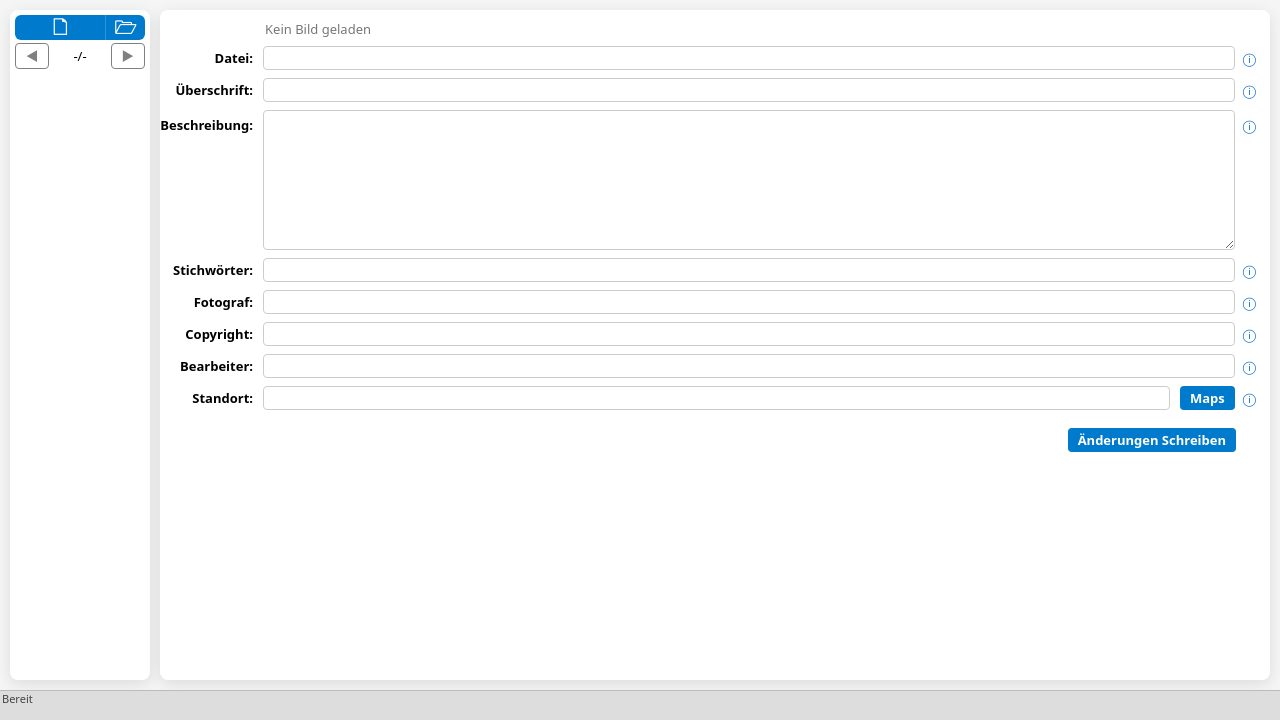
Repository: h-fahle/metadata
Page: ui/index.html
An editor plug-in stored every save of this project. The page is shown before and after the next save, followed by the edit.
The browser window is 1280 px wide. The pictures show the whole page.

Above is the page before, as saved 2026-08-24 13:04:39.
Console error: TypeError: Cannot read properties of undefined (reading 'core')

### ui/index.html
<!DOCTYPE html>
<html lang="de">

<head>
	<meta charset="UTF-8">
	<title>Tauri ExifTool Test</title>
	<script src="script.js" defer></script>
	<link rel="stylesheet" href="style.css">
</head>

<body>

	<main id="main-container">

		<!-- Das Vorschaubild links -->
		<aside id="sidebar">

			<!-- <button id="file-open" onclick="waehleUndLadeBilder()">Datei öffnen</button> -->
			<div class="split-button-container">
				<!-- isFolder = false, selectMultiple = true -->
				<button class="open-files" onclick="waehleUndLadeBilder(false, true)">&#x1F5CB;</button>
				<!-- isFolder = true, selectMultiple = false -->
				<button class="open-folder" onclick="waehleUndLadeBilder(true, false)">&#x1F5C1;</button>
			</div>

			<div id="nav">
				<button class="blaettern" onclick="blaettern(-1)">◄</button>
				<span id="img-nummer">-/-</span>
				<button class="blaettern" onclick="blaettern(1)">►</button>
			</div>

			<img id="vorschau-bild" src="" style="display:none;" />
			<div id="bild-info" style="text-align:center;">
				<span id="img-datum"></span><br>
				<span id="img-groesse"></span>
			</div>
		</aside>

		<!-- Das Formular rechts -->
		<section id="form-container">

			<div id="ordner-pfad">Kein Bild geladen</div>

			<div class="form-row">
				<label for="filename">Datei:</label>
				<input type="text" id="filename" name="filename" style="font-weight:bold;"/>
				<div class="tooltip-container">
					<span class="info-icon">ⓘ</span>
					<div id="file-tt-box" class="tooltip-box">Im Einzelmodus: Änderung des Dateinamens bewirkt Umbenennung der Datei.
						Im Stapelmodus: Ordnername is nicht änderbar.!
					</div>
				</div>
			</div>

			<div class="form-row">
				<label for="caption">Überschrift:</label>
				<input type="text" id="caption" name="caption" />
				<div class="tooltip-container">
					<span class="info-icon">ⓘ</span>
					<div class="tooltip-box">Auch: (Dokument-)Titel, Schlagzeile, Headline
					</div>
				</div>
			</div>

			<div class="form-row form-row-top">
				<label for="description">Beschreibung:</label>
				<textarea id="description" name="description"></textarea>
				<div class="tooltip-container">
					<span class="info-icon">ⓘ</span>
					<div class="tooltip-box">Beschreibender Text in beliebiger Länge.
						(Im Stapelmodus wird der eingegebene Text
						&nbsp;&nbsp; an vorhandenen angehängt.)
						Hinweis: Einige Programme zeigen nur 2.000 Zeichen
						&nbsp;&nbsp; oder auch weniger an.
					</div>
				</div>
			</div>

			<div class="form-row">
				<label for="keywords">Stichwörter:</label>
				<input type="text" id="keywords" name="keywords" />
				<div class="tooltip-container">
					<span class="info-icon">ⓘ</span>
					<div class="tooltip-box">Komma-separierte Liste. Groß-/Kleinschreibung beachten.
						Im Stapelmodus werden die eingegebenen Stichwörter
						&nbsp;&nbsp; an vorhandene angehängt.
					</div>
				</div>
			</div>

			<div class="form-row">
				<label for="creator">Fotograf:</label>
				<input type="text" id="creator" name="creator" />
				<div class="tooltip-container">
					<span class="info-icon">ⓘ</span>
					<div class="tooltip-box">Urheber, Ersteller, Autor
						(Tags: Artitst, Creator, By-line)
					</div>
				</div>
			</div>

			<div class="form-row">
				<label for="copyright">Copyright:</label>
				<input type="text" id="copyright" name="copyright" />
				<div class="tooltip-container">
					<span class="info-icon">ⓘ</span>
					<div class="tooltip-box">Urheberrechtshinweis; enthält in der Regel:
						Name des Fotografen, Aufnahmejahr und Nutzungsrechte;
						(z.B. 'Copyright [1975] [Mustermann], Alle Rechte vorbehalten')
					</div>
				</div>
			</div>

			<div class="form-row">
				<label for="editor">Bearbeiter:</label>
				<input type="text" id="editor" name="editor" />
				<div class="tooltip-container">
					<span class="info-icon">ⓘ</span>
					<div class="tooltip-box">Verfasser der Metadaten
						(Tags: Caption Writer, Writer Editor)
					</div>
				</div>
			</div>

			<div class="form-row">
				<label for="position">Standort:</label>
				<input type="text" id="position" name="position" />
				<button type="button" onclick="zeigeMaps(event)">Maps</button>
				<div class="tooltip-container">
					<span class="info-icon">ⓘ</span>
					<div class="tooltip-box">GPS-Koordinaten in Dezimalgrad (51.49129, 8.43317).
						Ermitteln der Koordinaten in der Google Maps-Karte:
						&nbsp; 1. mit rechter Maustaste auf den Standort klicken,
						&nbsp; 2. auf die angezeigten Koordinaten klicken,
						&nbsp; 3. der so gespeicherte Wert kann dann mit Strg+V
						&nbsp;&nbsp;&nbsp;&nbsp;&nbsp;&nbsp; kopiert werden."
					</div>
				</div>
			</div>

			<!-- Button-Leiste -->
			<div class="button-group">
				<button type="button" onclick="exifSchreiben(event)">Änderungen
					Schreiben</button>
			</div>

		</section> <!-- Ende der form-containers-->
	</main> <!-- Ende des main-containers -->

	<footer id="statusleiste">
		<div id="status-text">
			Bereit
		</div>
	</footer>


</body>

</html>

### ui/script.js
let aktuellerBildPfad = "";
let bilderListe = [];
let aktuellerIndex = -1;
let status = document.getElementById('statusleiste');
let stapelmodus = 0;

let bildTypen = ['jpg', 'jpeg', 'png', 'gif', 'tif', 'tiff',
                     'webp', 'avif', 'heic', 'heif']

const invoke = window.__TAURI__.core.invoke;


// Positionierung der Tooltip-Container
const container = document.querySelector('.tooltip-container');
// Berechne die Position bei jeder Mausbewegung
container.addEventListener('mousemove', (e) => {
    const abstandVomCursor = 15; // Pixel Platz zwischen Cursor und Tooltip
});


function zeigeStatus(nachricht) {
    status.innerText = nachricht;
}

async function dateiAuswählen() {
    try {
        const ergebnis = await invoke('plugin:dialog|open', {
            options: {
                title: 'Bilddatei für ExifTool auswählen',
                directory: false,
                multiple: false,
                filters: [
                    { name: 'Bilder', extensions: ['jpg', 'jpeg', 'png', 'gif', 'tif', 'tiff', 'webp', 'avif', 'heic', 'heif'] }
                ]
            }
        });

        if (ergebnis) {
            const pfad = typeof ergebnis === 'object' ? ergebnis[0] : ergebnis;
            aktuellerBildPfad = pfad;

            // Bilderliste des Ordners auslesen
            await ladeOrdnerBilder(pfad);

            // Metadaten für das aktuelle Bild einlesen
            exifAuslesen();
        }
    } catch (fehler) {
        zeigeStatus("Dialog-Fehler: " + fehler);
    }
}

 async function ladeOrdnerBilder(pfad) {
    try {
        bilderListe = await invoke('hole_ordner_bilder', {
            dateipfad: pfad,
            gueltigeEndungen: bildTypen
        });
        // Finde den Index des gewünschten Bildes in der sortierten Liste
        if (aktuellerBildPfad) {
            aktuellerIndex = bilderListe.indexOf(aktuellerBildPfad);
        } else if (bilderListe.length > 0) {
            aktuellerIndex = 0; // Fallback: Erstes Bild anzeigen
        }
    } catch (fehler) {
        zeigeStatus(fehler);
    }
}

async function waehleUndLadeBilder(isFolder = false, selectMultiple = false) {
    try {
        // Auswahl eines oder mehrerer Bilder oder eines Ordners.
        let auswahl = await window.__TAURI__.dialog.open({
            directory: isFolder,
            multiple: selectMultiple,
            filters: [
                { name: 'Bilder', extensions: bildTypen }
            ]
        });
        if (auswahl === null) {
            return [];  // 1. Nutzer hat den Dialog geschlossen/abgebrochen
        }

        if (isFolder) {
            stapelmodus = 2         // Ordner (evtl. nur mit einer Datei)
            bilderListe = await invoke('hole_ordner_bilder', {
                dateipfad: auswahl,
                gueltigeEndungen: bildTypen
            });
            if (bilderListe.length === 1) {
                auswahl = bilderListe;
                stapelmodus = 0;    // Einzelmodus
            }
        } else {
            if (auswahl.length === 1) {
                stapelmodus = 0;    // Einzelmodus
            } else {
                stapelmodus = 1;    // mehrere Dateien
            }
        }

        let dirPath = "";

        // 2. Prüfen, ob der Nutzer nicht auf "Abbrechen" geklickt hat
        if (stapelmodus === 0) {
            // Einzelmodus
            // Tauri gibt uns IMMER ein Array zurück, egal ob 1 oder 10 Dateien gewählt wurden.
            // Wir merken uns die erste Datei aus der Auswahl als Startbild.
            const startBild = auswahl[0];

            // 3. Wir schicken das Array direkt an Rust
            bilderListe = await invoke('hole_ordner_bilder', {
                dateipfad: startBild,
                gueltigeEndungen: bildTypen
            });

            // 4. Wir finden den Index des Startbildes in der sortierten Liste
            aktuellerIndex = bilderListe.indexOf(startBild);

            aktuellerBildPfad = startBild;
            exifAuslesen();

        } else if (stapelmodus === 1) {
            // mehrere ausgewählte Bilder
            bilderListe = auswahl;
            // Ordner = Ordner des 1. Bildes
            dirPath = auswahl[0].substring(0, Math.max(auswahl[0].lastIndexOf('/'), auswahl[0].lastIndexOf('\\')));
        } else {
            //await ladeOrdnerBilder(auswahl);
            dirPath = auswahl;
        }

        if (stapelmodus > 0) {
            zeigeStatus(`${bilderListe.length} Bilder`);

            const vorschauImg = document.getElementById("vorschau-bild");
            vorschauImg.src = "batch-icon.png";
            vorschauImg.style.display = "block";

            // Die ersten 10 Bilder im Tooltip anzeigen:
            let extrakt = bilderListe.slice(0, 20);
            if (bilderListe.length >20) {
                extrakt.push('...');
            }
            const dateiListe = extrakt.map(pfad => pfad.split('/').pop());

            // vorschauImg.title = extrakt.join('\n');

            const fileTtBox = document.getElementById("file-tt-box");
            fileTtBox.innerText = dateiListe.join('\n');

            document.getElementById('img-datum').innerText = "STAPELMODUS";
            document.getElementById('img-groesse').innerText = `${bilderListe.length} Bilder`;

            document.getElementById('ordner-pfad').innerText = dirPath;

            document.getElementById('filename').value = '*';
            document.getElementById('caption').value = '';
            document.getElementById('description').value = '';
            document.getElementById('keywords').value = '';
            document.getElementById('creator').value = '';
            document.getElementById('copyright').value = '';
            document.getElementById('editor').value = '';
            document.getElementById('position').value = '';
        }
    } catch (fehler) {
        zeigeStatus("Fehler beim Laden der Bilder: " + fehler);
        vorschauImg.style.display = "none";
    }
}

/* async function oeffneBilderDialog() {
    try {
        const ausgewaehltePfade = await window.__TAURI__.dialog.open({
            multiple: true, // Erlaubt dem Nutzer, mehrere Dateien zu markieren
            directory: false,
            filters: [{ name: 'Bilder', extensions: ['jpg', 'jpeg', 'png', 'webp'] }]
        });

        // Wenn der Nutzer nicht abgebrochen hat
        if (ausgewaehltePfade && ausgewaehltePfade.length > 0) {
            // Wir nehmen das erste Bild aus der Auswahl als Startbild
            const erstesBild = ausgewaehltePfade[0];

            // Aufruf Ihrer angepassten Funktion
            await ladeOrdnerBilder(ausgewaehltePfade, erstesBild);
        }
    } catch (fehler) {
        zeigeStatus("Dialog-Fehler: " + fehler);
    }
} */

function blaettern(richtung) {
    if (bilderListe.length === 0) return;
    if (richtung > 0) {
        aktuellerIndex = (aktuellerIndex + 1) % bilderListe.length;
    } else {
        aktuellerIndex = (aktuellerIndex - 1 + bilderListe.length) % bilderListe.length;
    }
    aktuellerBildPfad = bilderListe[aktuellerIndex];
    exifAuslesen();
}

async function exifAuslesen() {
    const pfad = aktuellerBildPfad;
    const vorschauImg = document.getElementById("vorschau-bild");

    zeigeStatus("Rufe ExifTool auf...");

    try {
        // 1. Metadaten über Rust holen
        const jsonText = await invoke('lese_bild_metdaten', { dateipfad: pfad });
        // Das 1. JSON-Objekt im JSON-Array in JS-Objekt umwandeln
        const datenObjekt = JSON.parse(jsonText)[0];

        if (bilderListe.length > 0) {
            document.getElementById('img-nummer').innerText = `${aktuellerIndex + 1}/${bilderListe.length}`;
        } else {
            document.getElementById('img-nummer').innerText = '0/0';
        }

        let aufnahmeDatum = datenObjekt.DateTimeOriginal;
        if (typeof aufnahmeDatum === 'undefined') aufnahmeDatum = '---';

        document.getElementById('img-datum').innerText = '\u{1F4F7} ' + aufnahmeDatum || '';
        document.getElementById('img-groesse').innerText = '⤢ ' + datenObjekt.ImageSize || '';

        document.getElementById('filename').value = datenObjekt.FileName || '';
        document.getElementById('caption').value = datenObjekt.CMB_Caption || '';
        document.getElementById('description').value = datenObjekt.Description || '';
        document.getElementById('keywords').value = datenObjekt.Keywords || '';
        document.getElementById('creator').value = datenObjekt.Creator || '';
        document.getElementById('copyright').value = datenObjekt.Copyright || '';
        document.getElementById('editor').value = datenObjekt.CMB_Editor || '';
        document.getElementById('position').value = datenObjekt.GPSPosition || '';

        const vollerPfad = pfad;
        // Erkennt automatisch Linux-Schrägstriche (/) und Windows-Backslashes (\)
        const letzterSlash = Math.max(vollerPfad.lastIndexOf('/'), vollerPfad.lastIndexOf('\\'));
        let ordner = "Unbekannt";
        if (letzterSlash !== -1) {
            ordner = vollerPfad.substring(0, letzterSlash);
        }
        // Den berechneten Ordnerpfad in das neue Label schreiben
        document.getElementById('ordner-pfad').innerText = ordner;

        // Wir nehmen das erste Element der Liste (ExifTool liefert immer ein Array)
        zeigeStatus(jsonText);

        // Wir fragen Rust nach dem besten Weg für das Bild
        const vorschauErgebnis = await invoke('hole_vorschaubild', { dateipfad: pfad });

        if (vorschauErgebnis === "STANDARD") {
            // Normales JPG/PNG über das Asset-Protokoll
            const assetUrl = window.__TAURI__.core.convertFileSrc(pfad);
            vorschauImg.src = assetUrl + "?t=" + new Date().getTime();
        } else if (vorschauErgebnis.startsWith("data:[embedded picture, 23 characters]")) {
            // TIF/TIFF über den im RAM kompilierten Rust-Wandler
            vorschauImg.src = vorschauErgebnis;
        }

        vorschauImg.style.display = "block";

    } catch (fehler) {
        zeigeStatus("Fehler: " + fehler);
        vorschauImg.style.display = "none";
    }
}

async function zeigeMaps(event) {
    event.preventDefault()
    let gps = document.getElementById('position').value;

    try {
        // Ruft direkt unsere eigene, sichere Rust-Funktion auf
        await invoke('oeffne_maps_browser', {
            gpsString: gps
        });
    } catch (fehler) {
        zeigeStatus(fehler);
    }
}

async function exifSchreiben(ereignis) {
    if (ereignis) ereignis.preventDefault();  // verbietet dem Browser den automatischen Seiten-Reset!

    if (aktuellerBildPfad === "") return;

    zeigeStatus("Speichere Daten über ExifTool...");

    // Wir sammeln alle aktuellen Werte aus den Eingabefeldern ein
    const daten = {
        dateipfad: aktuellerBildPfad,
        filename: document.getElementById('filename').value,
        caption: document.getElementById('caption').value,
        description: document.getElementById('description').value,
        keywords: document.getElementById('keywords').value.split(',').map(s => s.trim()).join(', '),
        creator: document.getElementById('creator').value,
        copyright: document.getElementById('copyright').value,
        editor: document.getElementById('editor').value,
        gps: document.getElementById('position').value
    };

    try {
        // Wir schicken das gesamte Paket an die Rust-Funktion 'schreibe_bild_metdaten'
        const antwort = await invoke('schreibe_bild_metdaten', daten);

        // Bei Erfolg zeigen wir die Meldung in grüner Schrift an
        zeigeStatus(antwort);

        // 2. Da der Pfad dank preventDefault() jetzt bombenfest im Feld stehen bleibt,
        // funktioniert das Neuladen nun augenblicklich und fehlerfrei!
        await exifAuslesen();

    } catch (fehler) {
        // Falls etwas schiefgeht (z.B. Datei schreibgeschützt), zeigen wir den Fehler an
        zeigeStatus(fehler);
    }
}

### ui/style.css
:root {
	--app-font: system-ui, -apple-system, "Segoe UI", Roboto, Helvetica, Arial, sans-serif;
	--app-font-size: 13px;
}

/* 1. Das App-Fenster exakt auf 100% fixieren (kein äußeres Scrollen) */
html, body {
	margin: 0;
	padding: 0;
	height: 100vh;
	width: 100vw;
	overflow: hidden; /* Verhindert jegliche äußere Scrollbalken */
	background: #f5f5f5;
	display: flex;
	flex-direction: column; /* Hauptinhalt oben, Statusleiste unten */
	font-family: var(--app-font);
	font-size: var(--app-font-size);
}

input,
textarea,
button,
select {
	font-family: var(--app-font) !important;
	font-size: var(--app-font-size) !important;
}

/* Allumfassender Box-Sizing-Fix für die gesamte App */
*, *::before, *::after {
	box-sizing: border-box;
}

/* 2. Der Hauptbereich füllt den gesamten oberen Platz aus --------------------------- */
#main-container {
	flex: 1;
	display: flex;
	flex-direction: row; /* Elemente nebeneinander */
	gap: 10px;
	padding: 10px;
	overflow: hidden; /* Verhindert, dass Riesen-Inhalte das Fenster sprengen */
}

/* 3. LINKS: Die Sidebar mit fester Breite */
#sidebar {
	width: 140px;
	min-width: 140px; /* Lässt die Sidebar niemals schrumpfen */
	background-color: #ffffff;
	border-radius: 8px;
	padding: 5px;
	box-shadow: 0 4px 15px rgba(0, 0, 0, 0.1);
}

div#nav {
	width: 130px;
	display: flex;
	justify-content: space-between;
	align-items: center;
	margin-bottom: 10px;
}

#vorschau-bild {
	width: 130px;
	height: auto;
}

/* 4. RECHTS: Das Formular nimmt den gesamten Rest ein und wächst mit */
#form-container {
	flex: 1; /* Nimmt 100% des restlichen Platzes ein */
	min-width: 0; /* Erlaubt Flexbox, die Box bei Bedarf zu verkleinern */
	background-color: #ffffff;
	border-radius: 8px;
	padding: 10px;
	display: flex;
	flex-direction: column;
	gap: 8px;
	box-shadow: 0 4px 15px rgba(0, 0, 0, 0.1);
}

#ordner-pfad {
	margin-left: 95px !important;
	color: #777777;
}

/* Jede Zeile wird zu einer horizontalen Flexbox */
.form-row {
	display: flex !important;
	flex-direction: row;
	align-items: center; /* Richtet Label und Input vertikal mittig zueinander aus */
	gap: 10px;           /* Abstand zwischen Label und Input */
	width: 100%;
}

/* Die Labels bekommen eine feste Breite, damit alle Inputs sauber untereinander starten */
.form-row label {
	width: 95px;         /* Breite je nach längstem Label-Text anpassen */
	min-width: 95px;     /* Verhindert, dass das Label zusammengedrückt wird */
	text-align: right;   /* Optional: Richtet den Text rechtsbündig zum Input aus */
	font-weight: bold;
	margin-left: -12px;
}

/* Die Eingabefelder füllen jetzt den gesamten restlichen Platz der Zeile aus */
.form-row input,
.form-row textarea {
	flex: 1;             /* Zwingt das Input-Feld, den Rest der Zeile einzunehmen */
	width: 100%;
	min-width: 0;        /* Erlaubt dem Input, bei sehr kleinen Fenstern stabil zu schrumpfen */
	border: 1px solid #ccc;
	border-radius: 4px;
	padding: 2px;
	-webkit-font-smoothing: antialiased;
}
.form-row textarea {
	min-height: 140px;
}

/* Ändert die Ausrichtung für die Textarea-Zeile nach oben */
.form-row-top {
	align-items: flex-start !important; /* Richtet Label, Textarea und Icon oben aus */
}
.form-row-top label,
.form-row-top .tooltip-container {
	padding-top: 6px; /* Verhindert, dass das Label zu weit oben klebt */
}


/* 5. UNTEN: Die Statusleiste mit fixer Höhe und eigenem Scrollbalken */
#statusleiste {
	height: 30px;  /* Feste Höhe für ca. 2 Zeilen Text */
	min-height: 30px;
	border-top: 1px solid #bbb;
	background-color: #ddd;
	font-size: 11px;
	color: #444;
	padding: 0 2px;
	overflow-y: auto;  /* Vertikaler Scrollbalken erscheint NUR bei Bedarf */
	overflow-x: hidden;  /* Verhindert horizontales Scrollen in der Statusleiste */
	-webkit-font-smoothing: antialiased;
}


/* Bedien-Elemente -------------------------------------------- */
button {
	padding: 3px 10px;
	font-weight: bold;
	cursor: pointer;
	background: #007acc;
	color: white;
	border: none;
	border-radius: 4px;
}
button:hover {
	background-color: #0062a3;
}

/* Container hält die Buttons und das Dropdown zusammen */
.split-button-container {
	display: inline-flex;
	position: relative;
	width:130px; height: 25px;
	margin-bottom: 3px;
}
.open-files,
.open-folder {
	border: none;
	border-radius: 0;
	padding: 0;
	font-size: 18px !important;
	cursor: pointer;
	transition: background-color 0.2s;
}
.open-files {
	width: 70%;
	border-top-left-radius: 6px;
	border-bottom-left-radius: 6px;
	border-right: 1px solid rgba(255, 255, 255, 0.2); /* Feine Trennlinie */
}
.open-folder {
	width: 30%;
	font-weight: bold;
	border-top-right-radius: 6px;
	border-bottom-right-radius: 6px;
}


button.blaettern {
	border: 1px solid gray;
	color: gray;
	background-color: white;
}

/* Der Absendeknopf richtet sich nach den Eingabefeldern aus */
.button-group {
	display: flex;
	justify-content: flex-end;
	margin: 10px 24px 0 0;
}

.button-group button {
	margin-left: 5px;
}


/* Tooltip ---------------------------------------------------------- */

/* Container für das Icon und die Box */
.tooltip-container {
	position: relative; /* Wichtig, damit sich die Box am Icon ausrichtet */
	display: inline-flex;
	align-items: center;
	cursor: help;       /* Zeigt das Fragezeichen/Hilfe-Symbol als Mauszeiger */
	margin-left: -6px;
}

/* Das Info-Icon selbst */
.info-icon {
	color: #0066cc;     /* Schönes Info-Blau */
	padding: 0 4px;
	font-size: 13px;
}

.tooltip-box {
	display: none;
	position: fixed;

	width: max-content;
	max-width: 400px;      /* Verhindert, dass der Tooltip bei sehr viel Text das Fenster sprengt */
	white-space: pre-line;

	background-color: lightyellow;
	color: black;
	border: 1px solid gray;
	padding: 2px 4px;
	border-radius: 6px;
	font-size: 11px;
	line-height: 1.4;
	box-shadow: 0 4px 10px rgba(0, 0, 0, 0.2);
	z-index: 1001;   /* Über der Statusleiste (1000), falls sie sich überschneiden */

  	/* Verschiebt den Tooltip komplett nach links,
     sodass seine rechte Kante am Cursor sitzt */
 	transform: translate(-100%, 40%);

	/* Animation & Verstecken */
	transition: opacity 0.2s ease-in-out, visibility 0.2s;
	pointer-events: none; /* Verhindert, dass die Box beim unabsichtlichen Drüberfahren flackert */
}

/* Zeige den Tooltip nur, wenn die Maus über dem Container ist */
.tooltip-container:hover .tooltip-box {
  display: block;
}

After the next save:
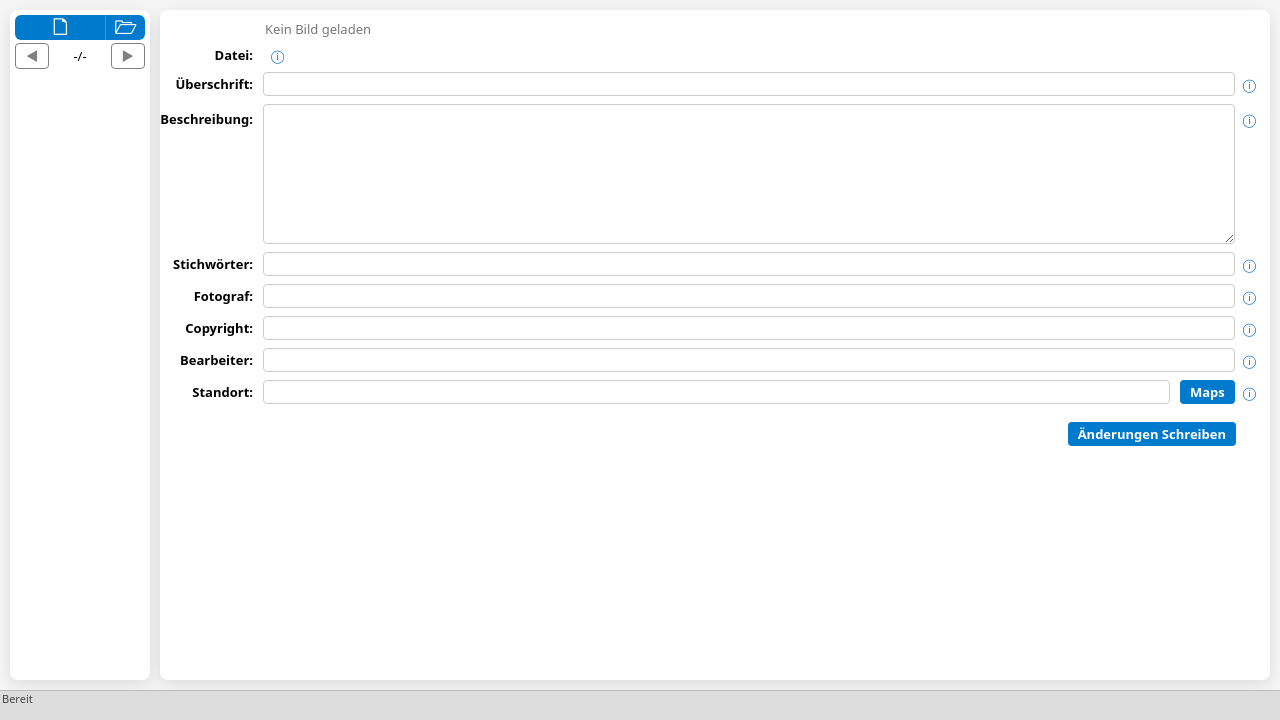
Saved 101 min 57 s later.
--- a/ui/index.html
+++ b/ui/index.html
@@ -41,9 +41,24 @@
 
 			<div id="ordner-pfad">Kein Bild geladen</div>
 
+<!-- 			<div class="form-row">
+				<label for="filename">Datei:</label>
+				<input type="text" id="filename" name="filename" style="font-weight:bold;"/>
+				<div class="tooltip-container">
+					<span class="info-icon">ⓘ</span>
+					<div id="file-tt-box" class="tooltip-box">Im Einzelmodus: Änderung des Dateinamens bewirkt Umbenennung der Datei.
+						Im Stapelmodus: Ordnername is nicht änderbar.!
+					</div>
+				</div>
+			</div>
+ -->
 			<div class="form-row">
 				<label for="filename">Datei:</label>
-				<input type="text" id="filename" name="filename" style="font-weight:bold;"/>
+
+				<div id="dynamischerBereich">
+				<!-- Hier fügt JavaScript gleich das passende Element ein -->
+				</div>
+
 				<div class="tooltip-container">
 					<span class="info-icon">ⓘ</span>
 					<div id="file-tt-box" class="tooltip-box">Im Einzelmodus: Änderung des Dateinamens bewirkt Umbenennung der Datei.
